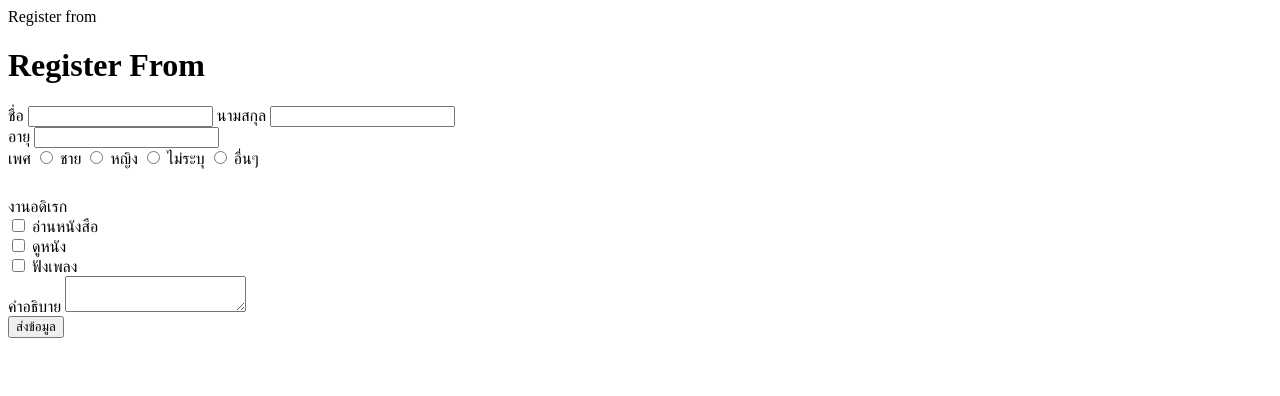
Repository: Onpreeya1/241-2567-820-
Page: index.html
These files come from the project's save history. The page is drawn as it stood at one moment and after the next save; the edit follows.
The browser window is 1280 px wide. The pictures show the whole page.

Above is the page before, as saved 2024-12-21 15:32:39.

After the next save:
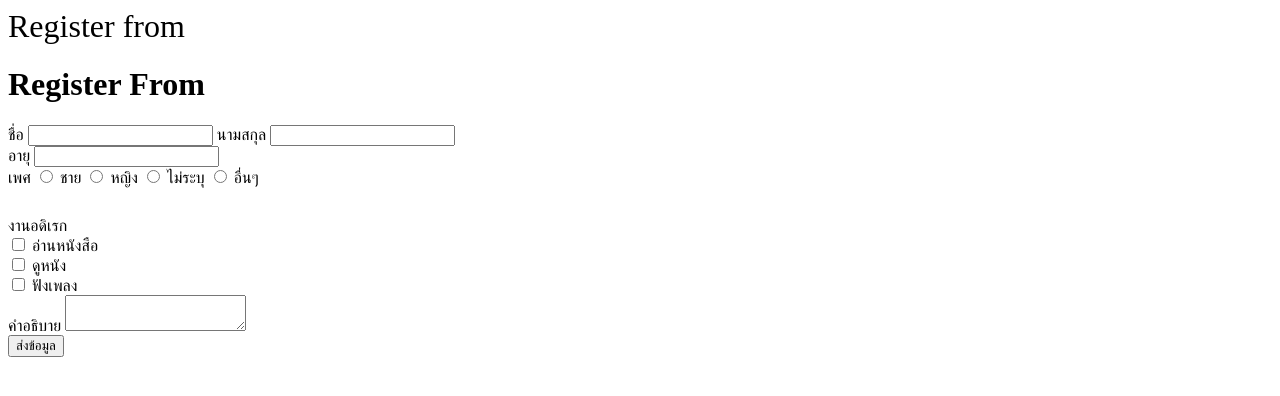
Saved 4 s later.
--- a/index.html
+++ b/index.html
@@ -13,7 +13,7 @@
         }
 
       #register {
-        font-size: 2;
+        font-size: 2em;
       }
 
         .feom {
